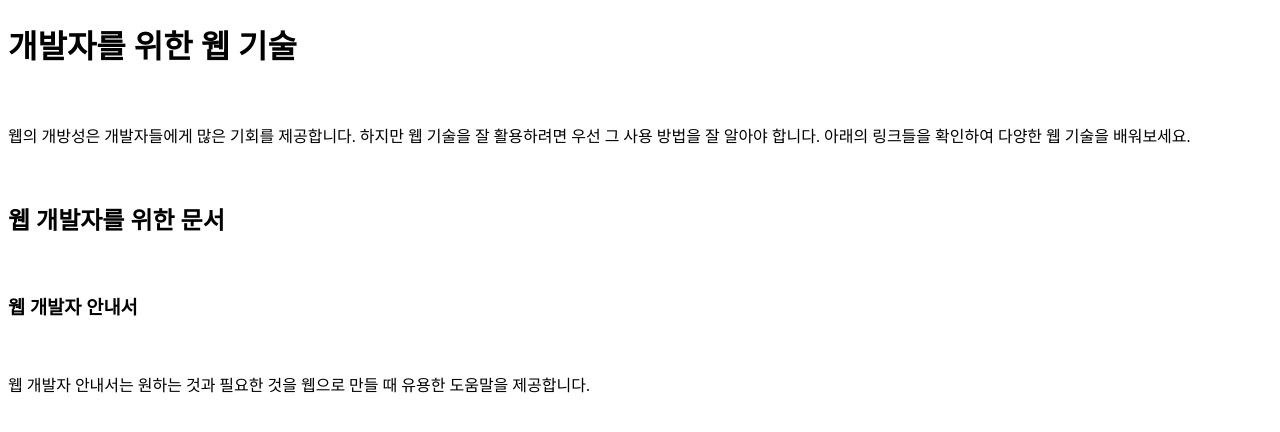
Repository: sungken/htmlProject
Page: ClientTest/src/main/webapp/html/test/heading.html
An editor plug-in stored every save of this project. The page is shown before and after the next save, followed by the edit.
The browser window is 1280 px wide. The pictures show the whole page.

Above is the page before, as saved 2024-03-13 02:11:48.

After the next save:
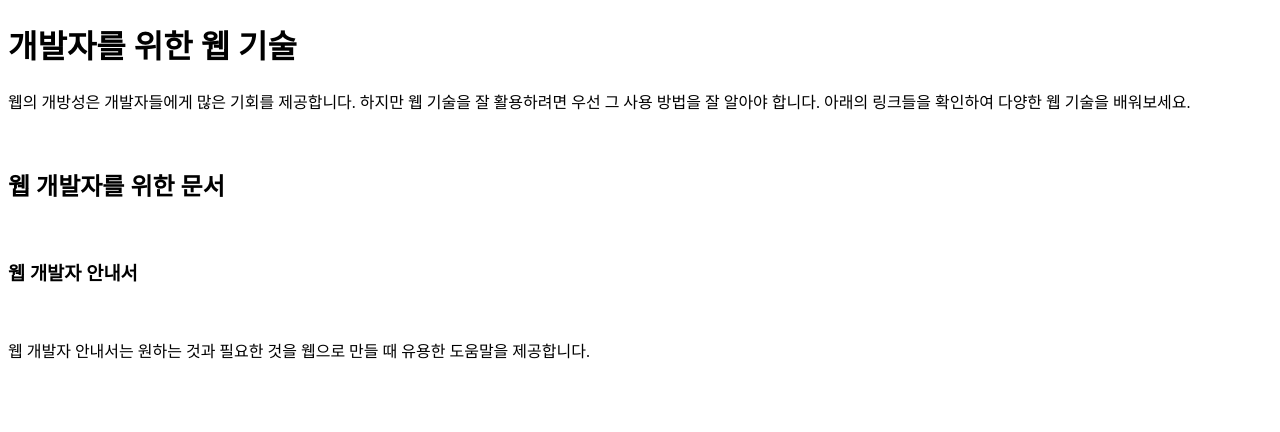
Saved 16 s later.
--- a/ClientTest/src/main/webapp/html/test/heading.html
+++ b/ClientTest/src/main/webapp/html/test/heading.html
@@ -6,7 +6,7 @@
 </head>
 <body>
 <h1>개발자를 위한 웹 기술</h1>
-<br>
+<p></p>
 <p>웹의 개방성은 개발자들에게 많은 기회를 제공합니다. 하지만 웹 기술을 잘 활용하려면 우선 그 사용 방법을 잘 알아야 합니다. 아래의 링크들을 확인하여 다양한 웹 기술을 배워보세요.</p>
 <br>
 <h2>웹 개발자를 위한 문서</h2>
